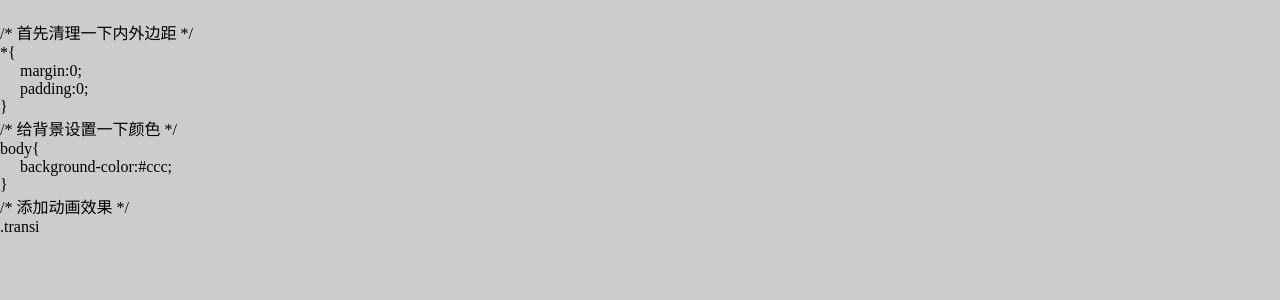
Repository: ScarApocalypse/study
Page: 一些想法/test.html
The author's editor kept a copy of each file at every save. The page is drawn from the files as they stood at one save, then again after the next save.
The browser window is 1280 px wide. The pictures show the whole page.

Above is the page before, as saved 2019-08-02 01:14:57.

### 一些想法/test.html
<!DOCTYPE html>
<html lang="en">

<head>
    <meta charset="UTF-8">
    <meta name="viewport" content="width=device-width, initial-scale=1.0">
    <meta http-equiv="X-UA-Compatible" content="ie=edge">
    <title>Document</title>
    <style>
            #show{
                position: absolute;
                bottom:0;
                min-height:700px;
            }
            .box1{
                position: absolute;
                left:0px;
                top:0px;
                /* z-index:-1; */
            }
            .box2{
                position: absolute;
                left:0px;
                top:0px;
                /* z-index:-1; */
            }
            .box3{
                position: absolute;
                left:0px;
                top:0px;
                /* z-index:-1; */
            }
           </style>
    <style>
        /* 首先清理一下内外边距 */
        /* 然后画一个div */
        /* 首先画一个红色的球 */
        /* 淦,感觉自己好low啊 */
        .box2{width: 100px;height: 100px;background-color:yellow;top:300px;left:300px;border-radius:50%;}
        .transition{transition:all 0.5s;}
        .box1{width:100px;height:100px;background-color:red;border-radius:50%;position:absolute;top:400px;left:400px;}
        .box1{left:600px; width:200px;height:200px;}.box2{left:900px;top:100px;width:150px;height:150px;}
    </style>

</head>

<body>
    <div id="show"></div>
    <div class="box1 transition">

    </div>
    <div class="box2 transition">

    </div>
    <script>


        var show = document.getElementById('show');
        var style = document.getElementsByTagName('style')[1];
        console.log(style);
        var reg = /[{};]/;
        var str = '/* 首先清理一下内外边距 */*{margin:0;padding:0;}/* 给背景设置一下颜色 */body{background-color:#ccc;}/* 添加动画效果 */.transition{transition:all 0.5s;}/* 首先画一个红色的球 */.box1{width:100px;height:100px;background-color:red;border-radius:50%;position:absolute;top:400px;left:400px;}/* 然后画一个黄色的球 */.box2{width: 100px;height: 100px;background-color:yellow;top:300px;left:300px;border-radius:50%;}/* 淦,感觉自己好low啊 */.box1{left:600px; width:200px;height:200px;}.box2{left:900px;top:100px;width:150px;height:150px;}';
        var styleStr = '';
        var showStr = '';
        // var chat="1";
        var length = str.length;
        var strIndex = 0;
        var timeOut = setInterval(() => {
            if (strIndex == length - 1) {
                console.log(showStr);
                clearInterval(timeOut);

            }
            styleStr += [str[strIndex]];
            showStr += [str[strIndex]];
            if (reg.test(str[strIndex])) {
                showStr += '<br>';
                if ((str[strIndex + 1] != '}') &&(str[strIndex + 1] != '.')&&(str[strIndex + 1]!='/')) {
                    showStr += '&nbsp;&nbsp;&nbsp;&nbsp;&nbsp;'
                }
            }
            if(str[strIndex]=='/'&&str[strIndex-1]=='*'){
                showStr+='<br>';
            }
            // console.log(showStr);
            show.innerHTML = showStr;
            style.innerHTML=styleStr;


            strIndex++;
        }, 50);
    </script>
</body>

</html>

After the next save:
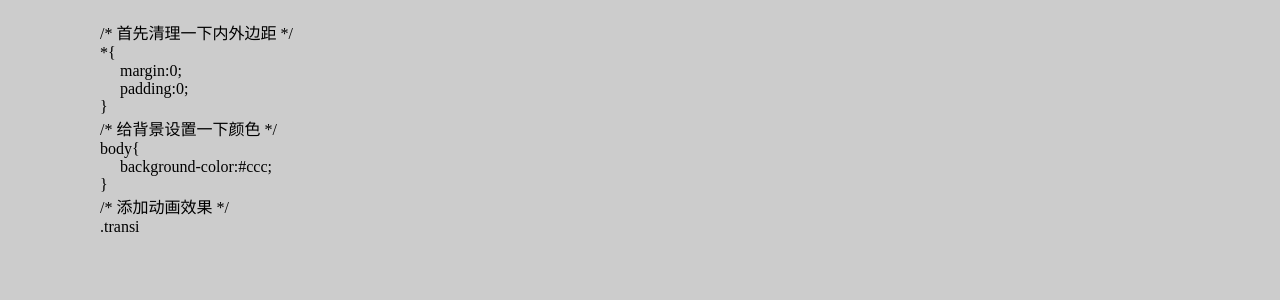
Saved 20 s later.
--- a/一些想法/test.html
+++ b/一些想法/test.html
@@ -9,6 +9,7 @@
     <style>
             #show{
                 position: absolute;
+                left:100px;
                 bottom:0;
                 min-height:700px;
             }
